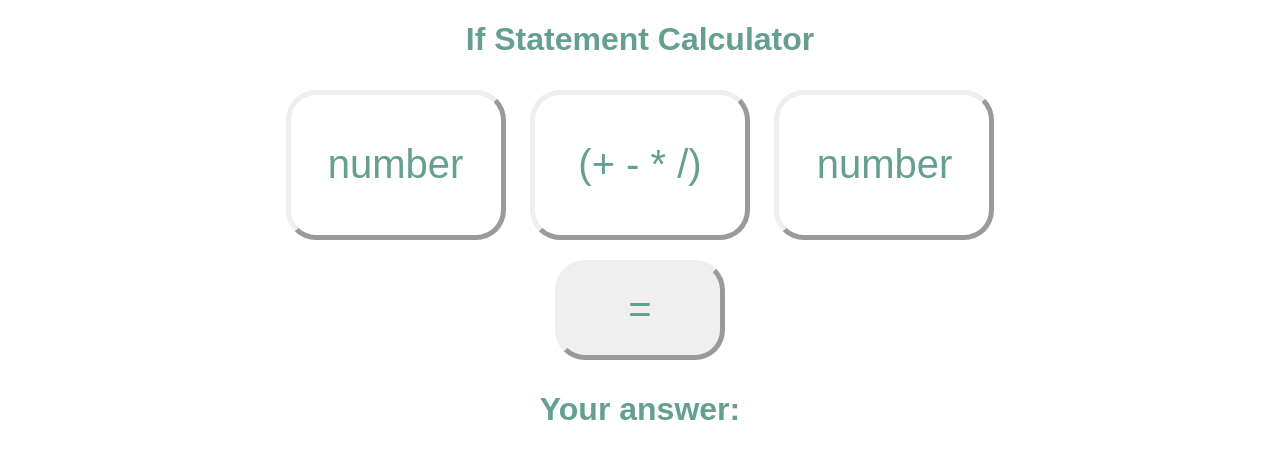
Repository: WesleyErasmus/threeInputCalculator
Page: html/if-calculator.html
These files come from the project's save history. The page is drawn as it stood at one moment and after the next save; the edit follows.
The browser window is 1280 px wide. The pictures show the whole page.

Above is the page before, as saved 2022-04-27 22:42:15.

After the next save:
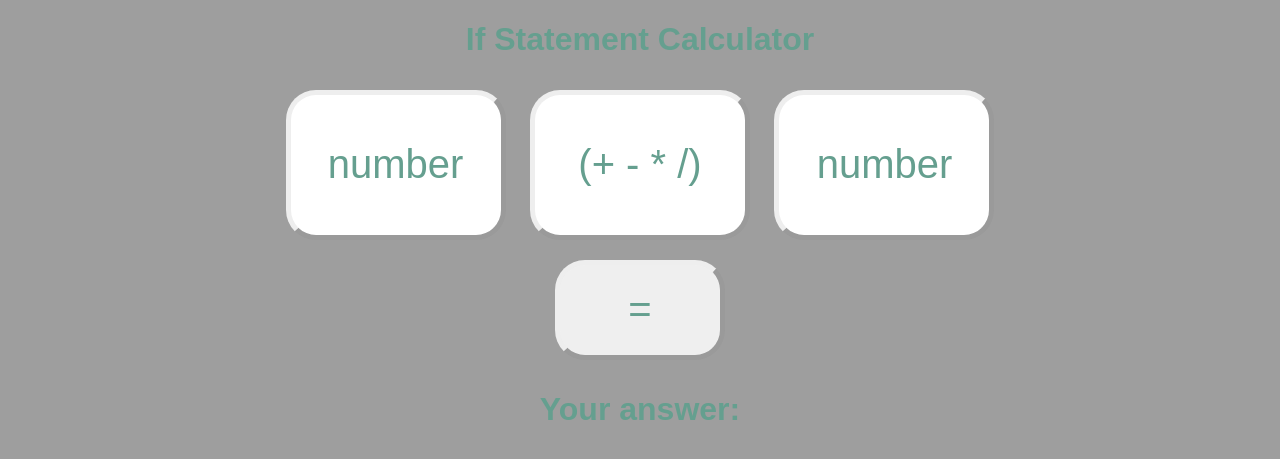
Saved 27 s later.
--- a/css/stylesheet.css
+++ b/css/stylesheet.css
@@ -1,5 +1,6 @@
 body {
 font-family: sans-serif;
+background-color: #9e9e9e;
 }
 h1 {
     color: #659f8f;

After the save that followed:
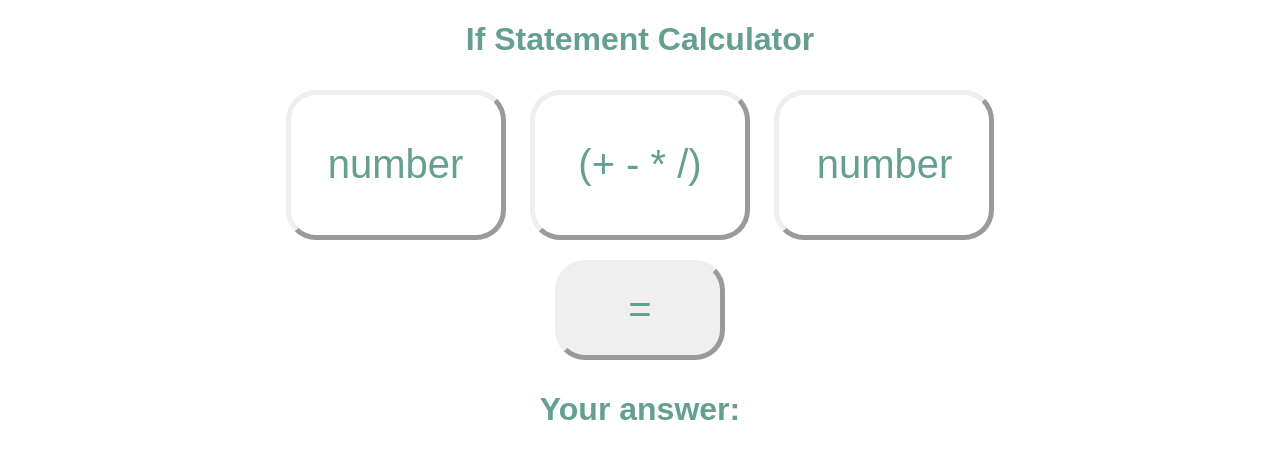
Saved 10 s later.
--- a/css/stylesheet.css
+++ b/css/stylesheet.css
@@ -1,6 +1,6 @@
 body {
 font-family: sans-serif;
-background-color: #9e9e9e;
+/* background-color: #9e9e9e; */
 }
 h1 {
     color: #659f8f;
